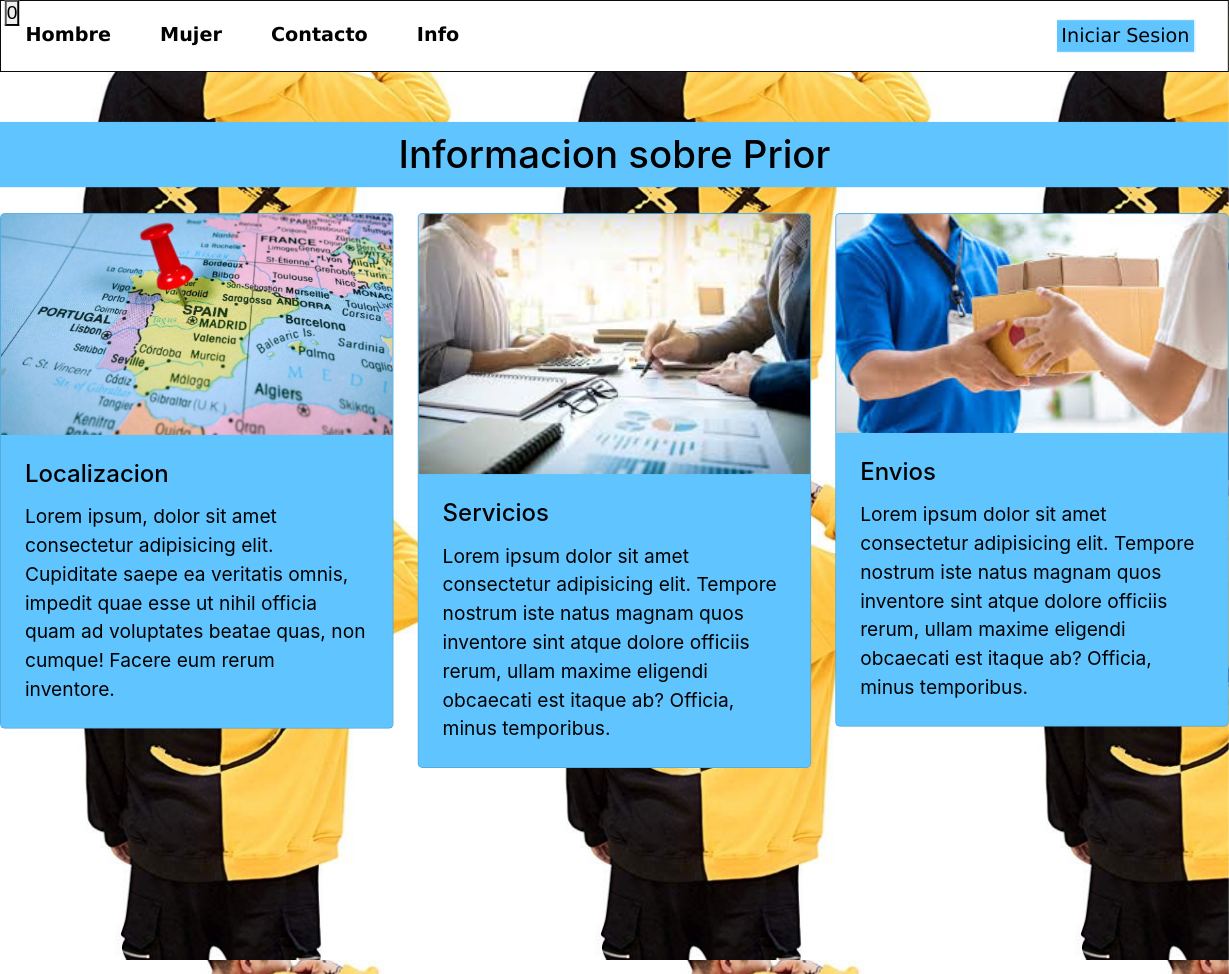
Repository: danilugones10/Proyecto
Page: info.html
These files come from the project's save history. The page is drawn as it stood at one moment and after the next save; the edit follows.
The browser window is 1280 px wide. The pictures show the whole page, at 96% of full size.
After loading, the first visible `#oscuro` was clicked once.

Above is the page before, as saved 2021-03-08 19:11:44.
Console error: TypeError: Cannot set properties of null (setting 'className')

### info.html
<!DOCTYPE html>
<html lang="en">
<head>
    <meta charset="UTF-8">
    <meta name="viewport" content="width=device-width, initial-scale=1.0">
    <title>Document</title>
    <link rel="stylesheet" href="bootstrap-4.6.0-dist/css/bootstrap.min.css">
    <link rel="stylesheet" href="css/normalize.css">
    <link rel="stylesheet" href="css/style.css">
</head>
<body class="body">
    <header class="header">

    </header>

    <main class="main">
        <h1 class="h1Info color__claro">Informacion sobre Prior</h1>
        <div class="card-columns">
            <div class="card color__claro">
              <img src="css/img/mapa.jpg" class="card-img-top" alt="...">
              <div class="card-body">
                <h5 class="card-title">Localizacion</h5>
                <p class="card-text">Lorem ipsum, dolor sit amet consectetur adipisicing elit. Cupiditate saepe ea veritatis omnis, impedit quae esse ut nihil officia quam ad voluptates beatae quas, non cumque! Facere eum rerum inventore.</p>
              </div>
            </div>
            <div class="card color__claro">
                <img src="css/img/servicios.jpg" class="card-img-top" alt="...">
                <div class="card-body">
                  <h5 class="card-title">Servicios</h5>
                  <p class="card-text">Lorem ipsum dolor sit amet consectetur adipisicing elit. Tempore nostrum iste natus magnam quos inventore sint atque dolore officiis rerum, ullam maxime eligendi obcaecati est itaque ab? Officia, minus temporibus.</p>
                </div>
              </div>
              <div class="card color__claro">
                <img src="css/img/envios.jpg" class="card-img-top" alt="...">
                <div class="card-body">
                  <h5 class="card-title">Envios</h5>
                  <p class="card-text">Lorem ipsum dolor sit amet consectetur adipisicing elit. Tempore nostrum iste natus magnam quos inventore sint atque dolore officiis rerum, ullam maxime eligendi obcaecati est itaque ab? Officia, minus temporibus.</p>
                </div>
              </div>
        </div>
    </main>

    <script src="js/menu.js"></script>
    <script src="js/oscuro.js"></script>
</body>
</html>

### css/style.css
:root {
  --base: #60c5ff;
  --texto: #000000;
  --nav: #ffffff;
}

.modoOscuro {
  --base: #093f5f;
  --texto: #ffffff;
  --nav: #000000;
}

.header {
  grid-column: 1/2;
  grid-row: 1/2;
  background-color: var(--nav);
  color: var(--texto);
  height: 75px;
}

.menu {
  height: 75px;
  border: 1px solid;
}

.menu__list {
  list-style: none;
  display: flex;
}

.menu__item {
  padding-top: 20px;
  padding-bottom: 23px;
  padding-right: 2%;
  padding-left: 2%;
  font-family: "Lucida Sans", "Lucida Sans Regular", "Lucida Grande", "Lucida Sans Unicode", Geneva, Verdana, sans-serif;
  font-weight: bold;
}

#oscuro {
  margin-left: 5px;
}

a {
  text-decoration: none;
  color: var(--texto);
}

.busqueda {
  display: none;
  position: absolute;
  width: 20%;
  right: 185px;
  top: 25px;
  height: 25px;
  border-radius: 10px;
  outline: none;
}

.inicio {
  position: absolute;
  top: 20px;
  right: 35px;
  background-color: var(--base);
  border: 1px solid white;
  padding: 5px;
  font-family: "Lucida Sans", "Lucida Sans Regular", "Lucida Grande", "Lucida Sans Unicode", Geneva, Verdana, sans-serif;
}
.inicio a {
  text-decoration: none;
}

.hamburguesa {
  position: absolute;
  top: 25px;
  right: 5px;
  cursor: pointer;
  display: none;
}

.inicio:hover {
  background-color: #A3E4D7;
}
.inicio:hover a {
  color: black;
}

.menu__item:hover {
  background-color: var(--base);
  color: var(--texto);
}
.menu__item:hover a {
  color: black;
}

@media (max-width: 767px) {
  .menu {
    background-color: var(--nav);
    height: 75px;
  }

  .menu__list {
    list-style: none;
    display: inline-block;
  }

  .menu__item {
    padding-top: 19px;
    padding-bottom: 20px;
    padding-right: 2%;
    padding-left: 2%;
    font-family: "Lucida Sans", "Lucida Sans Regular", "Lucida Grande", "Lucida Sans Unicode", Geneva, Verdana, sans-serif;
    visibility: hidden;
  }

  .menu__item:hover {
    width: 100px;
  }

  .busqueda {
    display: block;
    position: absolute;
    width: 35%;
    right: 200px;
    top: 25px;
    height: 25px;
    border-radius: 20px;
  }

  .inicio {
    position: absolute;
    top: 20px;
    right: 35px;
    border: 1px solid white;
    padding: 5px;
    font-family: "Lucida Sans", "Lucida Sans Regular", "Lucida Grande", "Lucida Sans Unicode", Geneva, Verdana, sans-serif;
  }
  .inicio a {
    text-decoration: none;
  }

  .hamburguesa {
    position: absolute;
    top: 25px;
    right: 5px;
    cursor: pointer;
    display: block;
  }

  .inicio:hover {
    background-color: #A3E4D7;
    color: black;
  }

  .menu__item:hover {
    background-color: var(--base);
    color: var(--texto);
  }
}
.main {
  grid-column: 1/2;
  grid-row: 2/3;
}

.section1 {
  display: flex;
  flex-flow: wrap;
  justify-content: space-around;
  width: 100%;
}
.section1 .section1-titulo {
  width: 400px;
  height: 400px;
  text-align: center;
}
.section1 .section1-titulo .section1-titulo__fondo .section1-titulo__h1 {
  font-size: 70px;
  font-family: "Courier New", Courier, monospace;
}
.section1 .section1-titulo .prior-img {
  opacity: 95%;
  width: 200px;
  height: 200px;
  border: 1px solid;
  transition: 1s;
}
.section1 .section1-titulo .prior-img:hover {
  transform: scale(1.3);
}
.section1 .section1-img {
  width: 460px;
  height: 400px;
  text-align: center;
  padding-top: 25px;
  margin-top: 20px;
}
.section1 .section1-img img {
  width: 400px;
  height: 350px;
  transition: 1s;
}
.section1 .section1-img img:hover {
  transform: scale(1.1);
}

.section2 {
  width: 100%;
  display: flex;
  justify-content: center;
  padding-top: 50px;
  color: white;
}
.section2 .section2-prior {
  border: 1px solid;
  width: 70%;
}

.section3 {
  width: 100%;
  display: flex;
  flex-wrap: wrap;
  color: white;
}
.section3 .section3-h1 {
  width: 100%;
  text-align: center;
}
.section3 .section3-imagenes {
  display: flex;
  flex-wrap: wrap;
  justify-content: space-around;
  width: 100%;
  text-align: center;
}
.section3 .section3-imagenes .section3-imagenes__contenedor {
  position: relative;
  border: 1px solid;
  padding-top: 5px;
  width: 250px;
  height: 230px;
}
.section3 .section3-imagenes .section3-imagenes__contenedor button {
  display: none;
}
.section3 .section3-imagenes .section3-imagenes__contenedor h3 {
  font-size: 20px;
}
.section3 .section3-imagenes .section3-imagenes__contenedor:hover .fondo {
  position: absolute;
  top: 0;
  left: 0;
  width: 100%;
  height: 100%;
  background-color: rgba(0, 0, 0, 0.6);
  z-index: 100;
}
.section3 .section3-imagenes .section3-imagenes__contenedor:hover button {
  display: inline;
  position: absolute;
  top: 40%;
  left: 30%;
}

.section4 {
  width: 100%;
  margin-top: 5px;
}
.section4 h1 {
  color: white;
  text-align: center;
}
.section4 .contenedor {
  margin: auto;
  margin-bottom: 20px;
  width: 400px;
  height: 350px;
  background-color: aquamarine;
  z-index: 100;
  position: relative;
  border: 1px solid;
}
.section4 .contenedor img {
  width: 100vw;
}
.section4 .contenedor .texto {
  background-color: var(--base);
  opacity: 75%;
  margin-top: -90px;
}
.section4 .contenedor .texto #nombreImagen {
  color: white;
  margin-left: 15px;
}
.section4 .contenedor .texto #precio {
  color: white;
  padding-top: 10px;
  margin-left: 15px;
}
.section4 .contenedor .texto #precio span {
  text-decoration: line-through;
}
.section4 .contenedor #flecha1 {
  content: "";
  position: absolute;
  border-right: 2vw solid gray;
  border-bottom: 2vw solid transparent;
  border-top: 2vw solid transparent;
  bottom: 45%;
  left: 0;
  cursor: pointer;
}
.section4 .contenedor #flecha2 {
  content: "";
  position: absolute;
  border-left: 2vw solid gray;
  border-bottom: 2vw solid transparent;
  border-top: 2vw solid transparent;
  bottom: 45%;
  right: 0;
  cursor: pointer;
}

.footer {
  grid-column: 1/2;
  grid-row: 3/4;
  color: var(--texto);
  background-color: var(--nav);
  border: 1px solid var(--base);
  height: 200px;
}

.grupo {
  display: flex;
}

.colum {
  text-align: center;
  width: 33.3%;
  height: 120px;
}

.colum h3 {
  margin-bottom: 0px;
  font-family: "Courier New", Courier, monospace;
}

.colum div {
  margin-top: 3px;
  font-size: 16px;
  font-family: "Times New Roman", Times, serif;
}

.fin {
  width: 100%;
}

.fin div {
  font-size: 16px;
  text-align: center;
}

.fin div span {
  position: absolute;
  right: 10px;
  font-size: 16px;
}

@media (max-width: 767px) {
  .fin {
    padding-top: 10px;
  }
}
.card_width {
  min-width: 400px;
  max-width: 33%;
}

.main p {
  color: var(--texto);
}
.main h5 {
  color: var(--texto);
}
.main .entrega {
  width: 70%;
  margin: auto;
}
.main .entrega p {
  padding: 10px;
  border-radius: 20px;
  border: 2px solid;
}
.main .pagos {
  width: 30%;
  min-width: 300px;
  margin: auto;
  border-radius: 20px;
  border: 2px solid;
  color: var(--texto);
  background-color: var(--base);
}
.main .pagos ul {
  list-style: none;
}
.main .pagos ul li {
  padding: 10px;
}

h1 {
  background-color: var(--base);
  color: var(--texto);
  padding: 10px;
  text-align: center;
}

p {
  color: var(--texto);
  background-color: var(--base);
}

.cuadro {
  display: flex;
  justify-content: space-around;
  flex-wrap: wrap;
}

.cajita {
  color: var(--texto);
  background-color: var(--base);
  min-width: 450px;
  height: 300px;
  margin-bottom: 10px;
}

.accordion .card {
  color: var(--texto);
  background-color: var(--base);
}
.accordion .card .card-body {
  background-color: rgba(0, 0, 0, 0.3);
}
.accordion .card button {
  color: var(--texto);
}

.contacto-form {
  height: 350px;
  margin: auto;
  width: 75%;
  color: var(--texto);
  background-color: var(--base);
}
.contacto-form fieldset {
  border: 1px solid;
}

.tabla {
  text-align: center;
  width: 90%;
  background-color: var(--base);
  margin: auto;
  margin-bottom: 10px;
}

th {
  color: var(--texto);
}

td {
  color: var(--texto);
}

.carrouselMujer {
  max-width: 500px;
  margin: auto;
  border: 1px solid;
}

.carousel-control-prev-icon {
  background-color: black;
}

.carousel-control-next-icon {
  background-color: black;
}

* {
  margin: 0;
  padding: 0;
  font-size: 20px;
}
* h1 {
  color: var(--texto);
}
* h5 {
  color: var(--texto);
}
* p {
  color: var(--texto);
}

body {
  display: grid;
  grid-template-columns: 100%;
  grid-template-rows: 100px auto 200px;
  background-image: url(img/sudadera_fondo.jpg);
}

#oscuro {
  position: absolute;
  top: 0;
  left: 0;
}

.color__claro {
  background-color: var(--base);
  color: var(--texto);
}

@media (max-width: 767px) {
  body {
    grid-template-rows: 350px auto 200px;
  }

  .main {
    margin-top: -250px;
  }
}

/*# sourceMappingURL=style.css.map */

### js/menu.js
const header=document.querySelector('.header');
const nav=document.createElement('nav');
nav.className="menu color__claro";
const ul=document.createElement('ul');
ul.className="menu__list";
const fragment=document.createDocumentFragment();

const bot=document.createElement('button');
bot.id="oscuro";
bot.textContent="0";
nav.appendChild(bot);

const li=document.createElement('li');
li.className="menu__item";
const a=document.createElement('a');
a.href="hombre.html";
a.textContent="Hombre";
li.appendChild(a)
fragment.appendChild(li);

const li2=document.createElement('li');
li2.textContent="Mujer";
li2.className="menu__item";
fragment.appendChild(li2);

const li3=document.createElement('li');
li3.textContent="Contacto";
li3.className="menu__item";
fragment.appendChild(li3);

const li4=document.createElement('li');
li4.className="menu__item";
const a4=document.createElement('a');
a4.href="info.html";
a4.textContent="Info";
li4.appendChild(a4)
fragment.appendChild(li4);

const li5=document.createElement('input');
li5.setAttribute('placeholder', '   buscar');
li5.className="busqueda";
li5.id="busqueda";
fragment.appendChild(li5);

const li6=document.createElement('li');
const button6=document.createElement('button');
button6.className="inicio";
const a6=document.createElement('a');
a6.href="formulario.html";
a6.textContent="Iniciar Sesion";
button6.appendChild(a6);
li6.appendChild(button6);
fragment.appendChild(button6);

const hamb=document.createElement('label');
hamb.innerHTML="<span>&#9776;</span>";
hamb.className="hamburguesa";
fragment.appendChild(hamb);

ul.appendChild(fragment);
nav.appendChild(ul);
header.appendChild(nav);

const hamburguesa=document.querySelector('.hamburguesa');
const menu=document.querySelector('.menu');
const main=document.querySelector('.main');

    hamburguesa.addEventListener('click', ()=>{

        if(window.innerWidth<767){

            if( menu.style.height==="75px"){
                menu.style.height="100%";
                main.style.marginTop="0px";
                li.style.visibility="visible";
                li2.style.visibility="visible";
                li3.style.visibility="visible";
                li4.style.visibility="visible";
            }
            else{
                menu.style.height="75px";
                main.style.marginTop="-200px";
                li.style.visibility="hidden";
                li2.style.visibility="hidden";
                li3.style.visibility="hidden";
                li4.style.visibility="hidden";

            }
        }
    })

    window.addEventListener("resize",() => {
        if (this.window.innerWidth>767) {
            main.style.marginTop="0px";
            li.style.visibility="visible";
            li2.style.visibility="visible";
            li3.style.visibility="visible";
            li4.style.visibility="visible";
        }
        else{
            menu.style.height="75px";
            main.style.marginTop="-200px";
            li.style.visibility="hidden";
            li2.style.visibility="hidden";
            li3.style.visibility="hidden";
            li4.style.visibility="hidden";
        }
     })

### js/oscuro.js
const botonOscuro=document.getElementById('oscuro');
const menus=document.querySelector('.menu');
const section1Titulo=document.querySelector('.section1-titulo__fondo');
const section1Img=document.querySelector('.section1-img');
const section2Prior=document.querySelector('.section2-prior');
const section3H1=document.querySelector('.section3-h1-color');
const section3Conte=document.querySelectorAll('.section3-imagenes__contenedor');
const section4H1=document.querySelector('.section4-h1');
const footer=document.querySelector('.footer');
const h1Info=document.querySelector('.h1Info');
const cardInfo=document.querySelectorAll('.card');


botonOscuro.addEventListener("click", ()=>{
    if (menus.className=="menu color__claro") {
        menus.className="menu color__oscuro"
        section1Titulo.className="section1-titulo__fondo color__oscuro"
        section1Img.className="section1-img color__oscuro"
        section2Prior.className="section2-prior color__oscuro"
        section3H1.className="section3-h1-color color__oscuro"
        section4H1.className="section4-h1 color__oscuro"
        footer.className="footer color__oscuro"
        for (let index = 0; index < section3Conte.length; index++) {
            const element = section3Conte[index];
            element.className="section3-imagenes__contenedor color__oscuro"
        }
        h1Info.className="h1 color__oscuro"
        for (let index = 0; index < cardInfo.length; index++) {
            const element = cardInfo[index];
            element.className="card color__oscuro"
        }

    }
    else{
        menus.className="menu color__claro"
        section1Titulo.className="section1-titulo__fondo color__claro"
        section1Img.className="section1-img color__claro"
        section2Prior.className="section2-prior color__claro"
        section3H1.className="section3-h1-color color__claro"
        section4H1.className="section4-h1 color__claro"
        footer.className="footer color__claro"
        for (let index = 0; index < section3Conte.length; index++) {
            const element = section3Conte[index];
            element.className="section3-imagenes__contenedor color__claro"
        }
        h1Info.className="h1 color__claro"
        for (let index = 0; index < cardInfo.length; index++) {
            const element = cardInfo[index];
            element.className="card color__claro"
        }
    }
})

Loaded but not shown: bootstrap-4.6.0-dist/css/bootstrap.min.css (library); css/normalize.css (library)

After the next save:
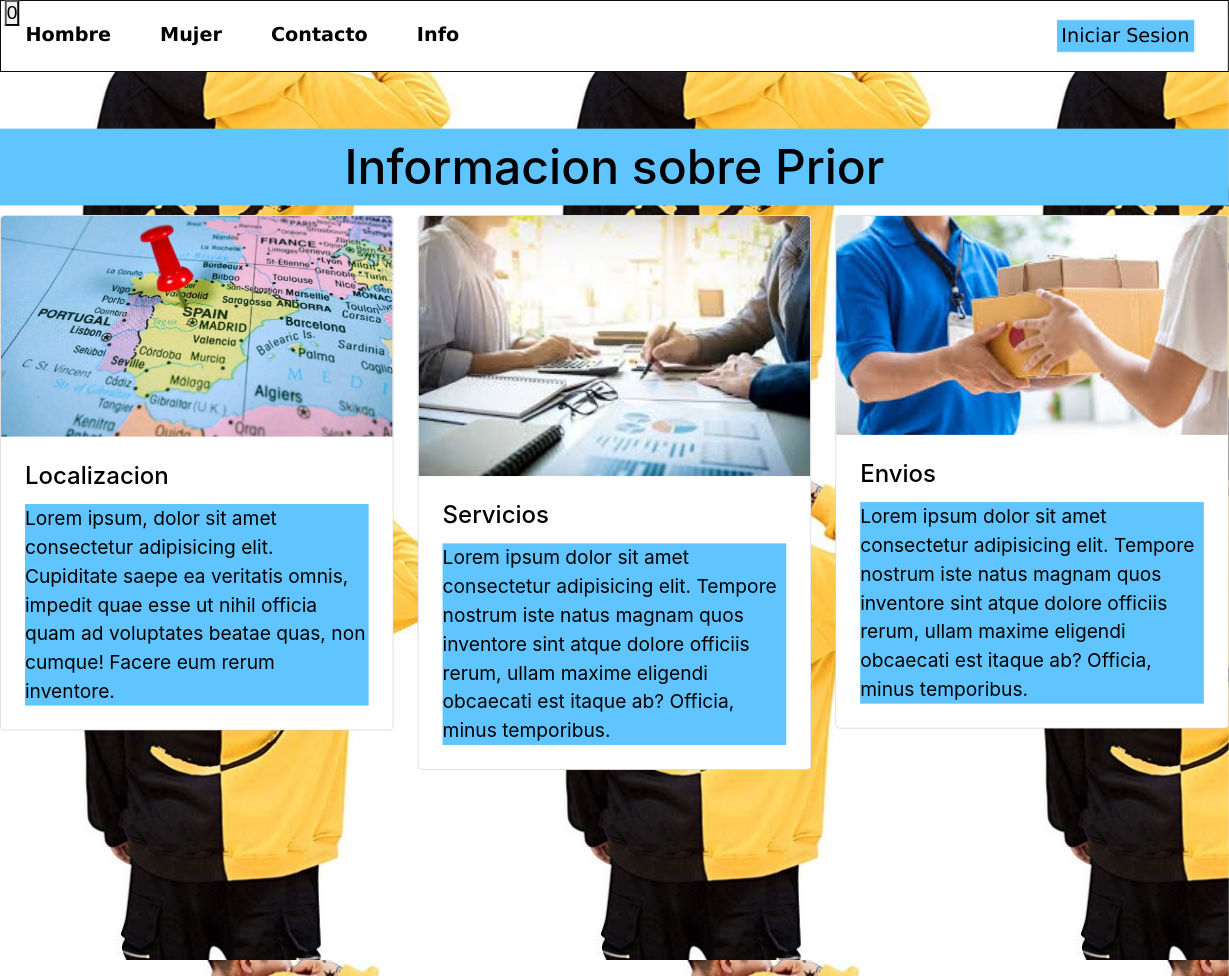
Saved 58 s later.
--- a/js/oscuro.js
+++ b/js/oscuro.js
@@ -13,6 +13,11 @@
 
 botonOscuro.addEventListener("click", ()=>{
     if (menus.className=="menu color__claro") {
+        h1Info.className="h1 color__oscuro"
+        for (let index = 0; index < cardInfo.length; index++) {
+            const element = cardInfo[index];
+            element.className="card color__oscuro"
+        }
         menus.className="menu color__oscuro"
         section1Titulo.className="section1-titulo__fondo color__oscuro"
         section1Img.className="section1-img color__oscuro"
@@ -24,11 +29,7 @@
             const element = section3Conte[index];
             element.className="section3-imagenes__contenedor color__oscuro"
         }
-        h1Info.className="h1 color__oscuro"
-        for (let index = 0; index < cardInfo.length; index++) {
-            const element = cardInfo[index];
-            element.className="card color__oscuro"
-        }
+
 
     }
     else{
